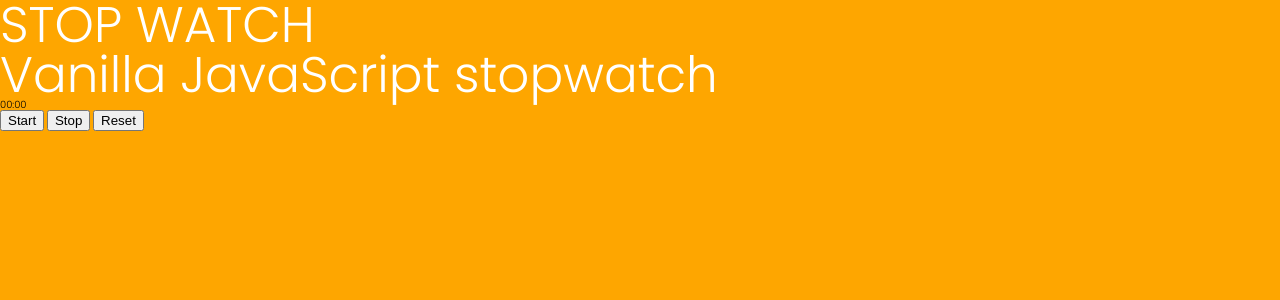
Repository: minhvtQA/stopwatch
Page: index.html
An editor plug-in stored every save of this project. The page is shown before and after the next save, followed by the edit.
The browser window is 1280 px wide. The pictures show the whole page.

Above is the page before, as saved 2021-11-04 09:49:45.

After the next save:
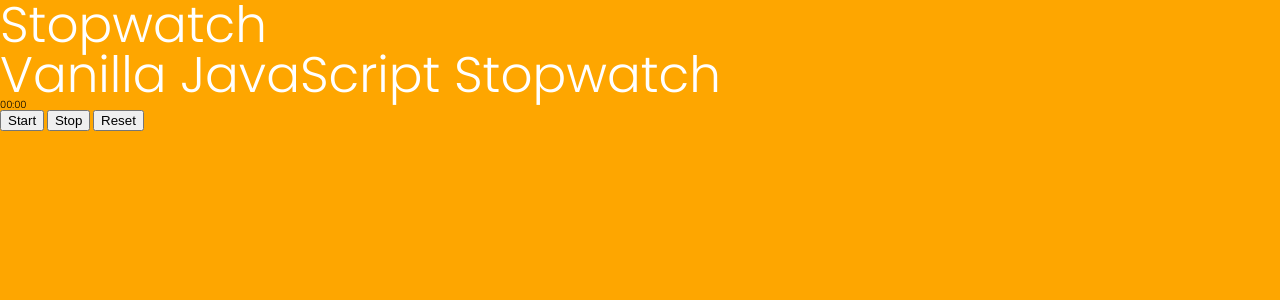
Saved 59 s later.
--- a/index.html
+++ b/index.html
@@ -14,15 +14,13 @@
 </head>
 <body>
     <div class="wrapper">
-        <h2>STOP WATCH</h2>
-        <h2>Vanilla JavaScript stopwatch</h2>
-        <p><span class="second">00</span>:<span class="tens">00</span></p>
-        <div class="buttons">
-            <button id="button-start">Start</button>
-            <button id="button-stop">Stop</button>
-            <button id="button-reset">Reset</button>
+        <h1>Stopwatch</h1>
+        <h2>Vanilla JavaScript Stopwatch</h2>
+        <p><span id="seconds">00</span>:<span id="tens">00</span></p>
+        <button id="button-start">Start</button>
+        <button id="button-stop">Stop</button>
+        <button id="button-reset">Reset</button>
         </div>
-    </div>
 
 </body>
 </html>
